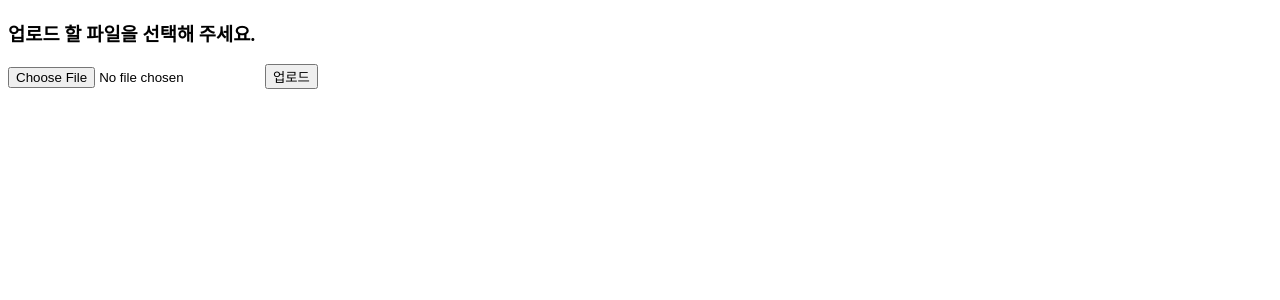
Repository: yw-son/yw-son
Page: http://localhost/pro15/upload.jsp
An editor plug-in stored every save of this project. The page is shown before and after the next save, followed by the edit.
The browser window is 1280 px wide. The pictures show the whole page.
The page is served by Tomcat 9.

Above is the page before, as saved 2023-06-16 07:09:42.

After the next save:
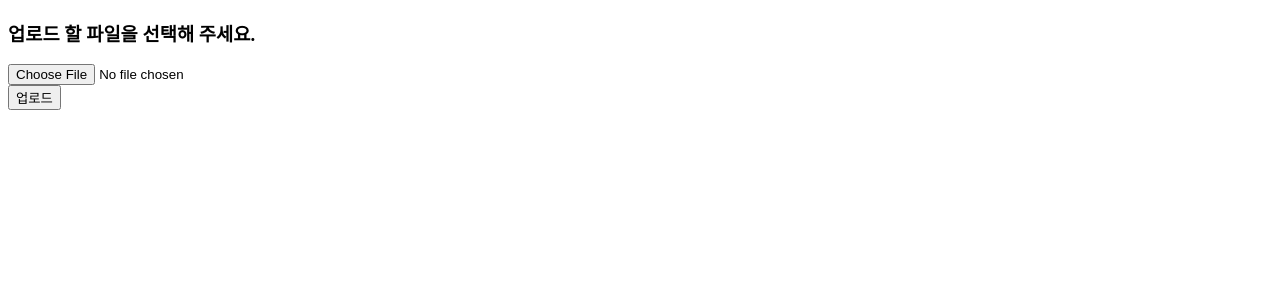
Saved 4 s later.
--- a/pro15/src/main/webapp/upload.jsp
+++ b/pro15/src/main/webapp/upload.jsp
@@ -17,7 +17,7 @@
 		 -->
 
 	<form action="upload" method="post" enctype="multipart/form-data">
-		<input type="file" name="file">
+		<input type="file" name="file"> <br>
 		<input type="submit" value="업로드">
 	</form>
 </body>
